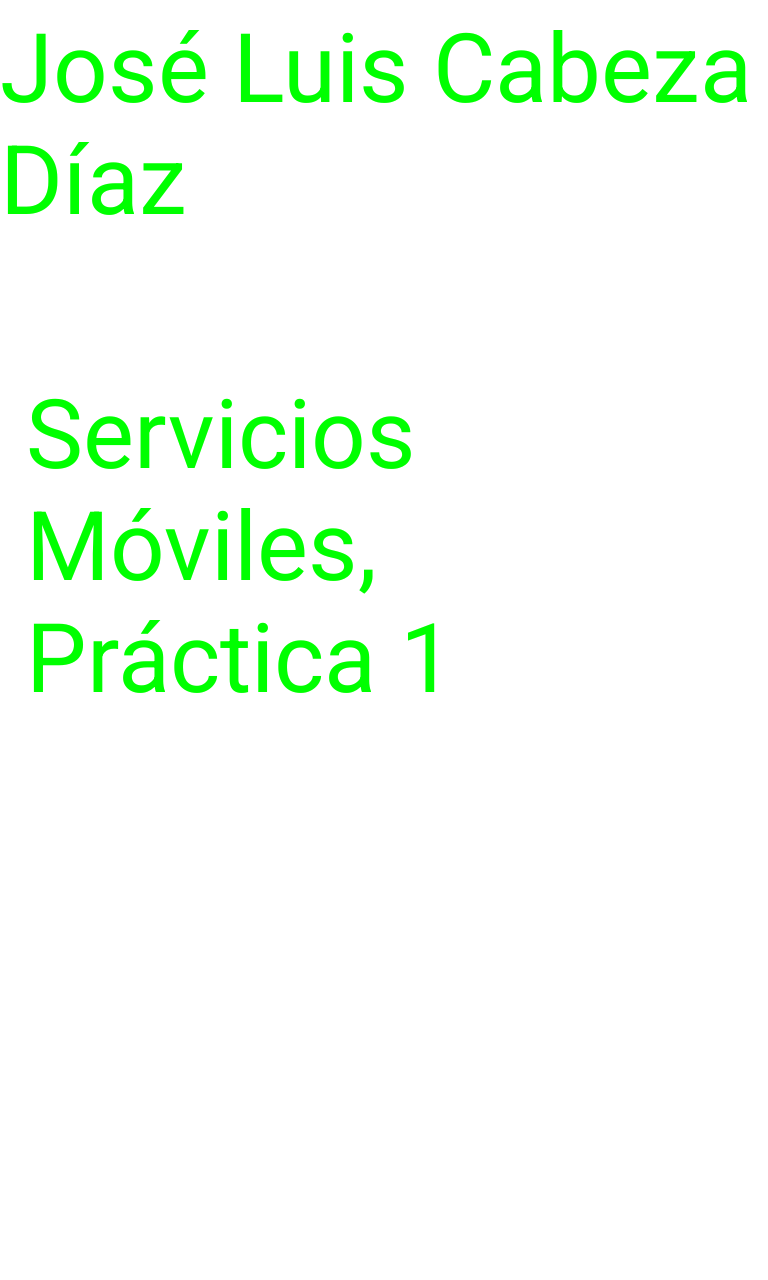
Repository: jlcd0004/sm_p11_practica1
Layout: Practica1/res/layout/fragmento.xml
The author's editor kept a copy of each file at every save. The layout is drawn from the files as they stood at one save, then again after the next save.
It is drawn on a 768 x 1280 px phone screen (xhdpi) without system bars, with theme AppTheme; the app's code is not run.

Above is the layout before, as saved 2015-10-21 19:27:53.

After the next save:
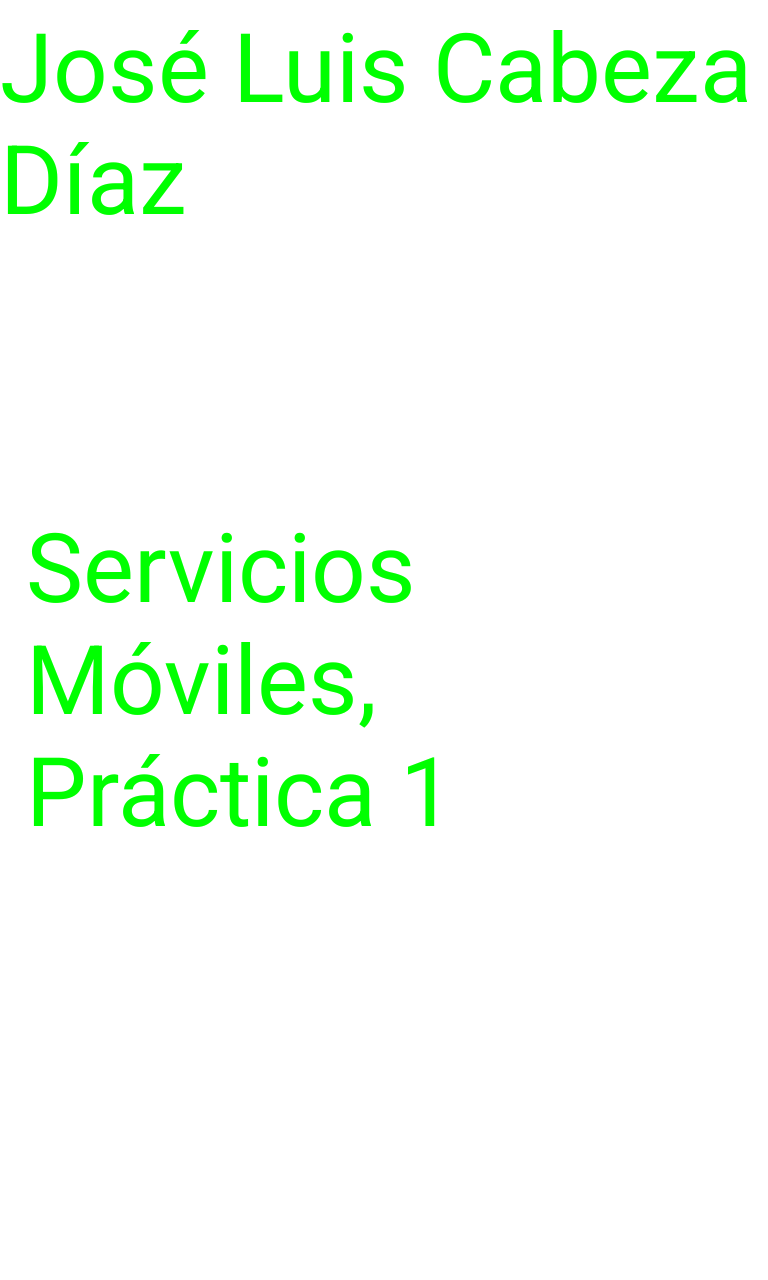
Saved 54 s later.
--- a/Practica1/res/layout/fragmento.xml
+++ b/Practica1/res/layout/fragmento.xml
@@ -15,9 +15,9 @@
     <TextView
         android:id="@+id/textView2"
         android:layout_width="279dp"
-        android:layout_height="417dp"
+        android:layout_height="348dp"
         android:layout_x="13dp"
-        android:layout_y="183dp"
+        android:layout_y="250dp"
         android:text="@string/presentacion2"
         android:textColor="#00ff00"
         android:textSize="@android:dimen/app_icon_size" />
